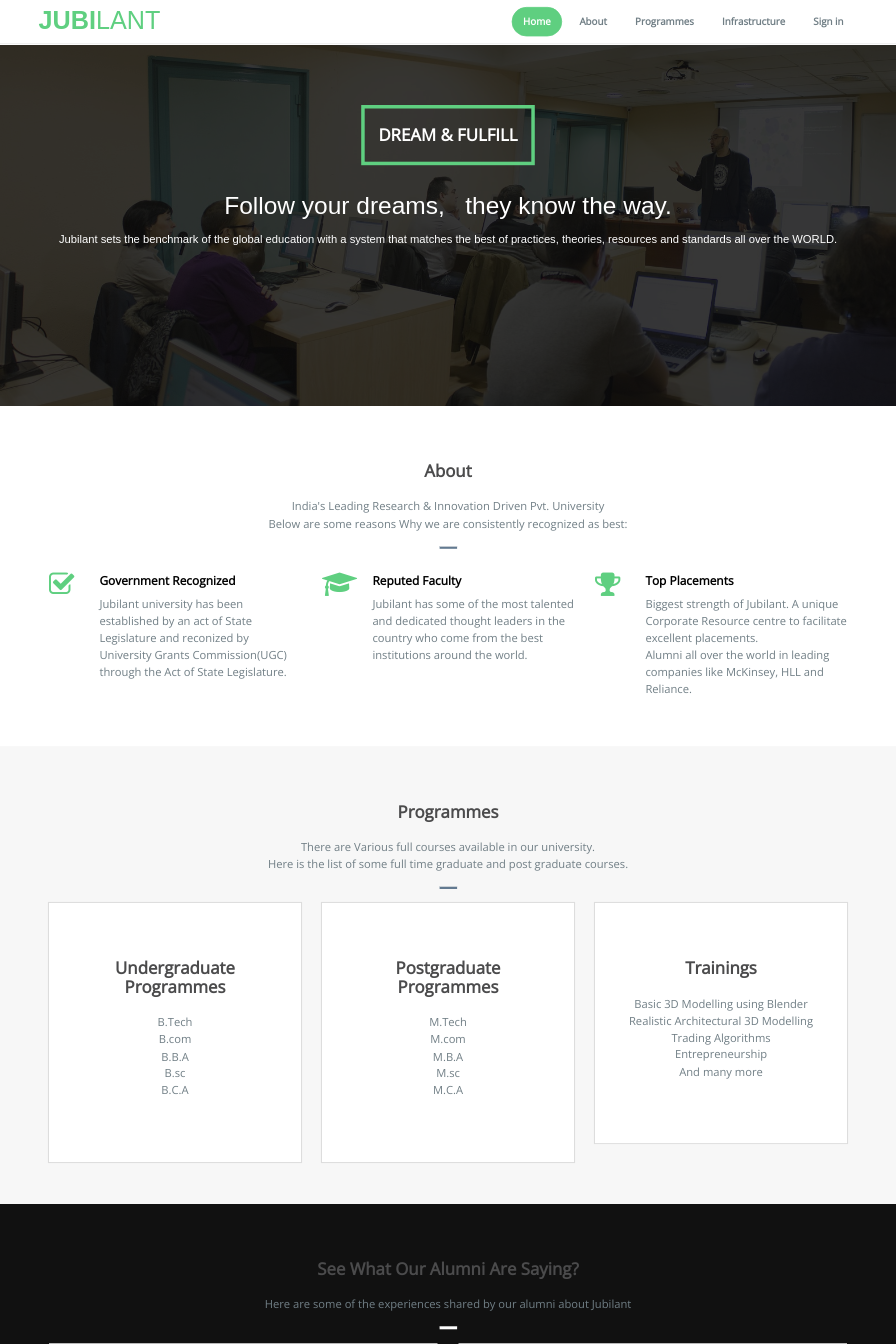
Repository: GauravC8/UMS
Page: http://localhost/login/WEB-INF/index.jsp
These files come from the project's save history. The page is drawn as it stood at one moment and after the next save; the edit follows.
The browser window is 1280 px wide. The pictures show the part of the page from y = 0 to 1920 px (the page is 3363 px tall), at 70% of full size.
Some web fonts or font styles are not loaded; a fallback is used. The page is served by Tomcat 9. Nobody is signed in. The template is opened directly, without the code that normally fills it, so the values that code supplies are empty.

Above is the page before, as saved 2019-04-08 06:54:57.

After the next save:
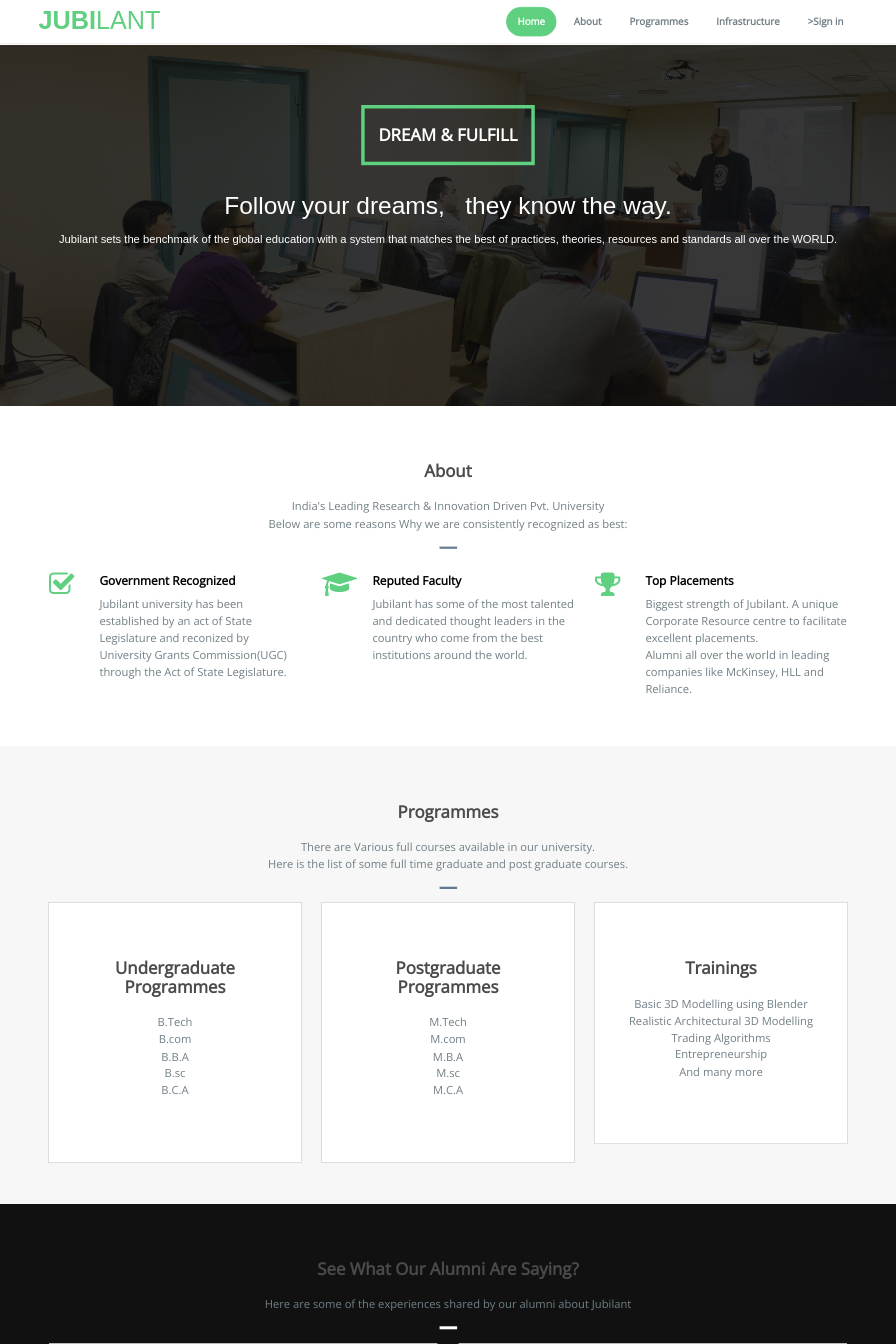
Saved 39 s later.
--- a/login/src/main/webapp/WEB-INF/index.jsp
+++ b/login/src/main/webapp/WEB-INF/index.jsp
@@ -38,7 +38,7 @@
 					<li><a href="#about">About</a></li>
 					<li><a href="#programmes">Programmes</a></li>
 					<li><a href="#infrasturcture">Infrastructure</a></li>
-					<li><a href="user/loginUser" data-target="#login" data-toggle="modal">Sign
+					<li><a href="user/loginUser"<!--  data-target="#login" data-toggle="modal" -->>Sign
 							in</a></li>
 				</ul>
 			</div>

After the save that followed:
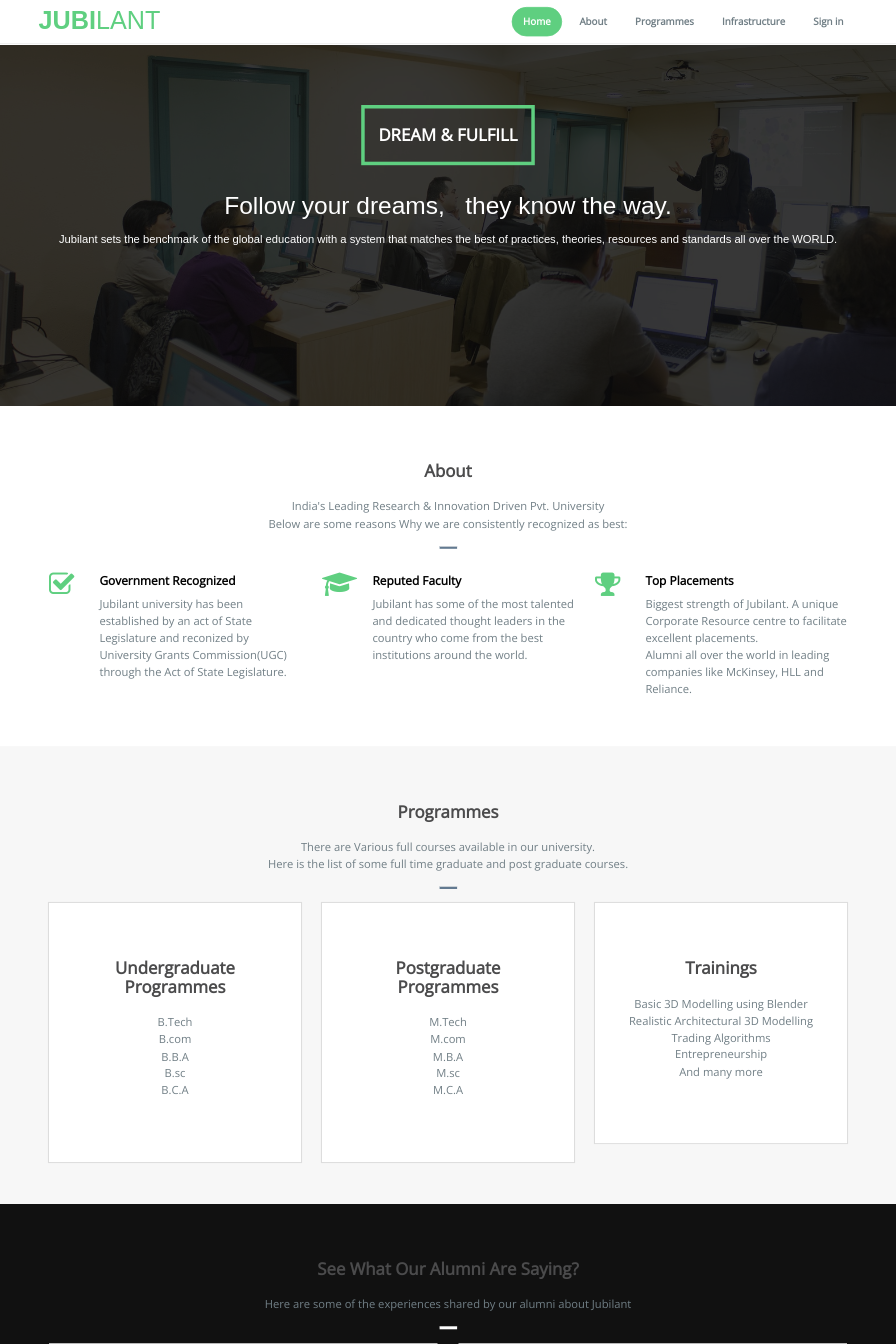
Saved 9 s later.
--- a/login/src/main/webapp/WEB-INF/index.jsp
+++ b/login/src/main/webapp/WEB-INF/index.jsp
@@ -38,8 +38,9 @@
 					<li><a href="#about">About</a></li>
 					<li><a href="#programmes">Programmes</a></li>
 					<li><a href="#infrasturcture">Infrastructure</a></li>
-					<li><a href="user/loginUser"<!--  data-target="#login" data-toggle="modal" -->>Sign
+					<li><a href="user/loginUser">Sign
 							in</a></li>
+							<!--  data-target="#login" data-toggle="modal" -->
 				</ul>
 			</div>
 		</div>
